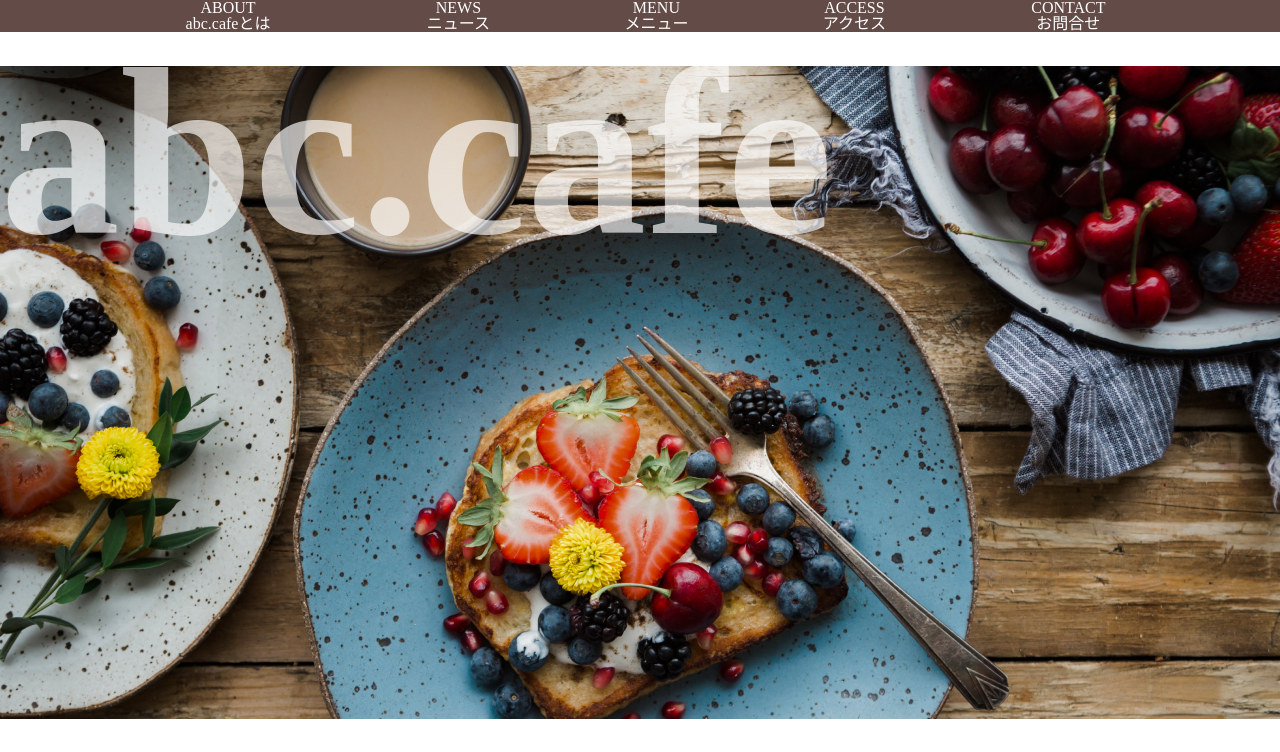
Repository: nozomi-23/lp1_test
Page: index.html
An editor plug-in stored every save of this project. The page is shown before and after the next save, followed by the edit.
The browser window is 1280 px wide. The pictures show the whole page.

Above is the page before, as saved 2022-06-07 22:36:38.

After the next save:
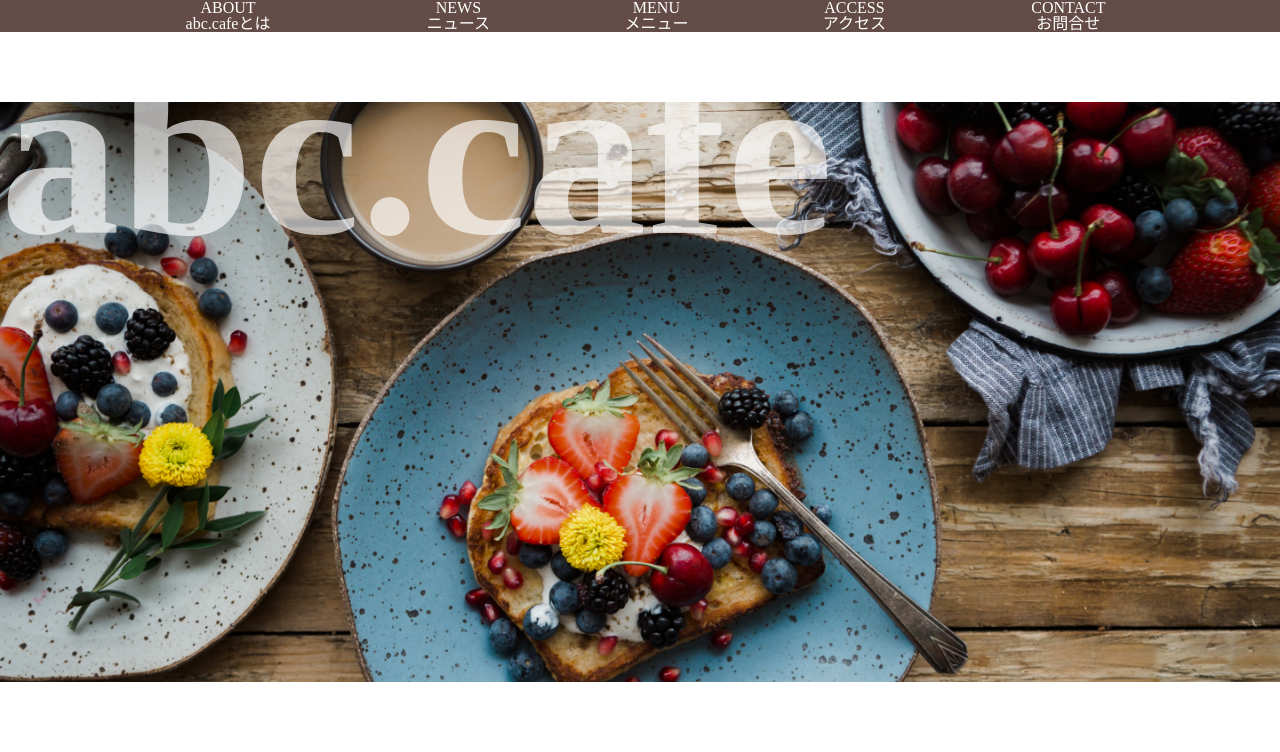
Saved 4 s later.
--- a/css/common.css
+++ b/css/common.css
@@ -52,7 +52,7 @@
   width: 100%;
   height: 100vh;
   background: url(../img/main.png) no-repeat center;
-  ba
+  background-size: contain;
 }
 .top_inner h1{
   font-family: 'Lobster', cursive;
